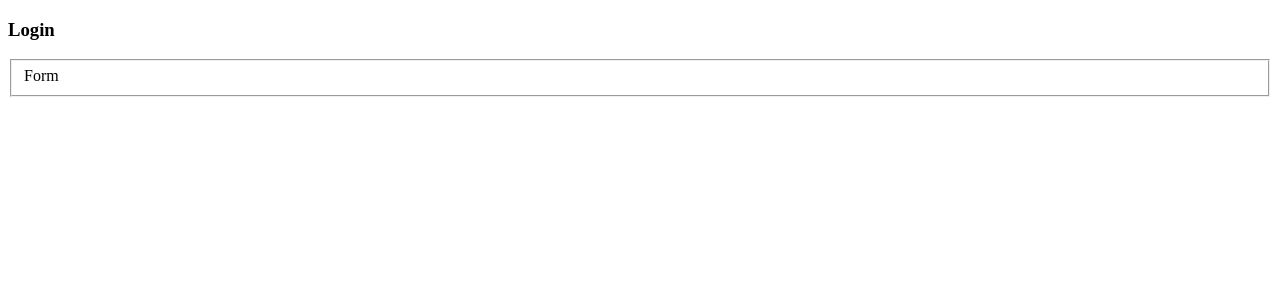
Repository: yhung004/TUTORIAL_PAGE
Page: log_in.html
These files come from the project's save history. The page is drawn as it stood at one moment and after the next save; the edit follows.
The browser window is 1280 px wide. The pictures show the whole page.

Above is the page before, as saved 2024-04-10 02:15:12.

### log_in.html
<!DOCTYPE html>
<html lang="en">
<head>
    <meta charset="UTF-8">
    <meta name="viewport" content="width=device-width, initial-scale=1.0">
    <title>Login</title>
    <link rel="stylesheet" href="main.css">
</head>
<body>
    <h3>Login</h3>

    <fieldset >
        <Caption>Form</Caption>
    </fieldset>

</body>
</html>

### main.css
.welcome{
    text-align: center;
    font-family: 'Courier New', Courier, monospace;
    font-size: 30px;
    margin-top: 80px;
}
.welcome_text {
    margin-top: 20px;
    text-align:center;
    font-family: 'Courier New', Courier, monospace;
    font-size: 30px;
}
.button_a {
    position: relative;
    left: 580px;
    border: 1px solid black;
    background-color:white;
    border-radius: 30px;
    font-size: 40px;
    padding: 2px 18px 2px 18px;
    margin-top: 20px;
}
.button_b {
    position: relative;
    right: -600px;
    border : 1px solid black;
    border-radius: 40px;
    background-color: rgb(63, 60, 60);
    color:white;
    font-size: 40px;
    padding: 2px 7px 2px 7px;
    margin-top: 20px;
}
a.button_b1 {
    text-decoration: none;
    color:white;
}
a.button_a1 {
    text-decoration:none;
    color:black;
}

After the next save:
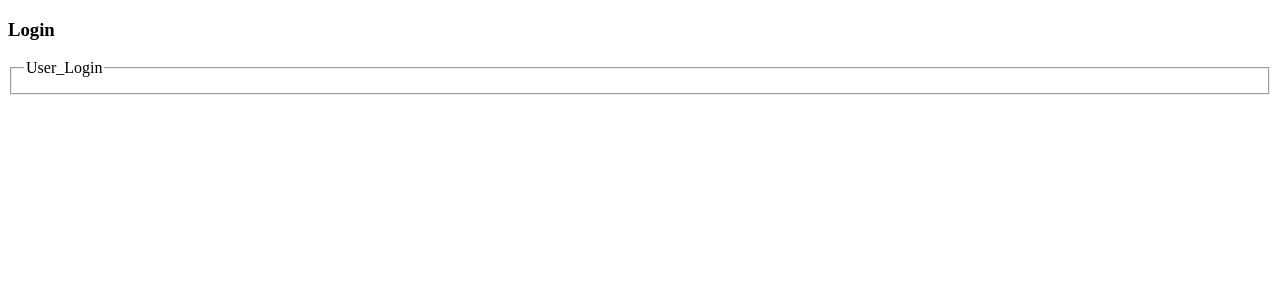
Saved 84 s later.
--- a/log_in.html
+++ b/log_in.html
@@ -10,7 +10,7 @@
     <h3>Login</h3>
 
     <fieldset >
-        <Caption>Form</Caption>
+        <legend>User_Login</legend>
     </fieldset>
 
 </body>
